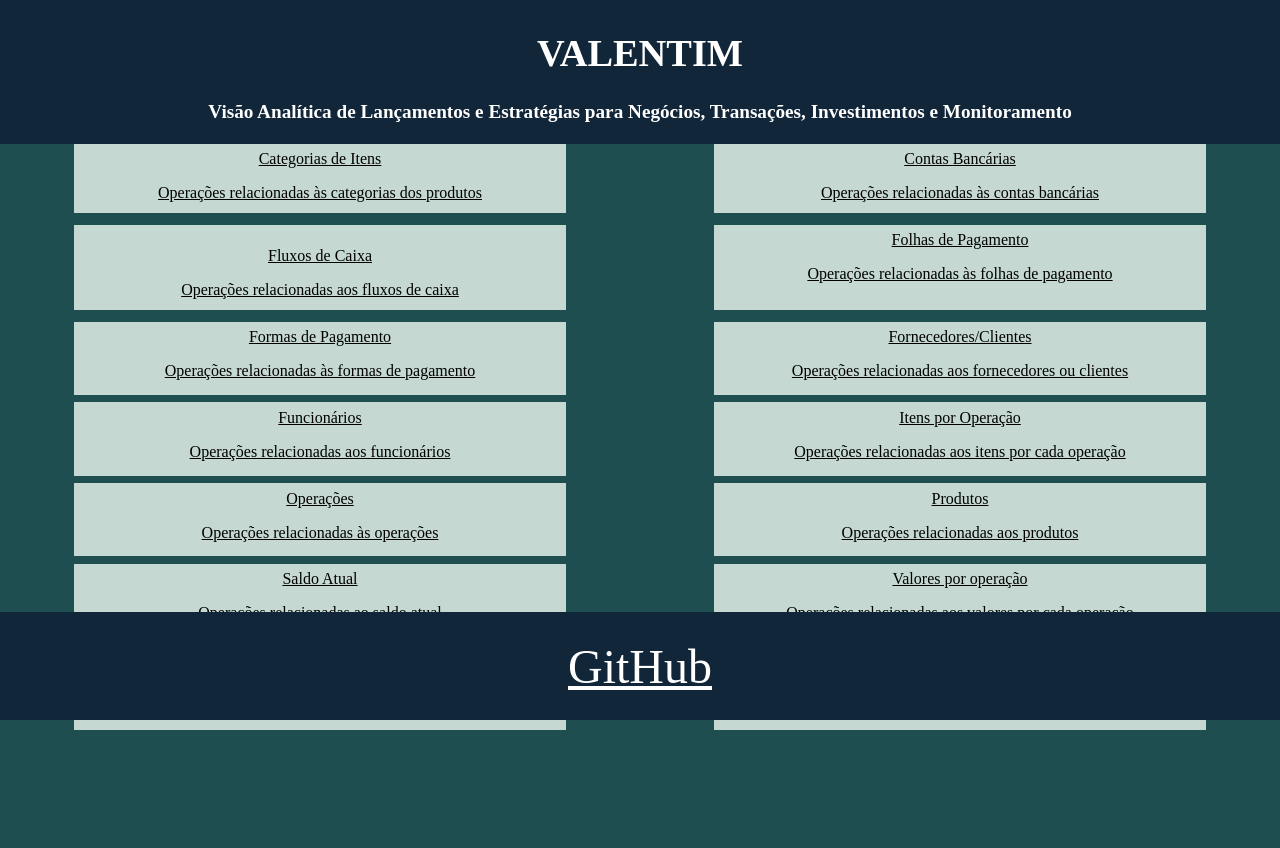
Repository: Matheus-Lacerda009/ERP-Financeiro
Page: Front/menu/menu.html
An editor plug-in stored every save of this project. The page is shown before and after a run of saves, followed by the edit.
The browser window is 1280 px wide. The pictures show the whole page.

Above is the page before, as saved 2026-07-13 19:15:39.

After the next 5 saves:
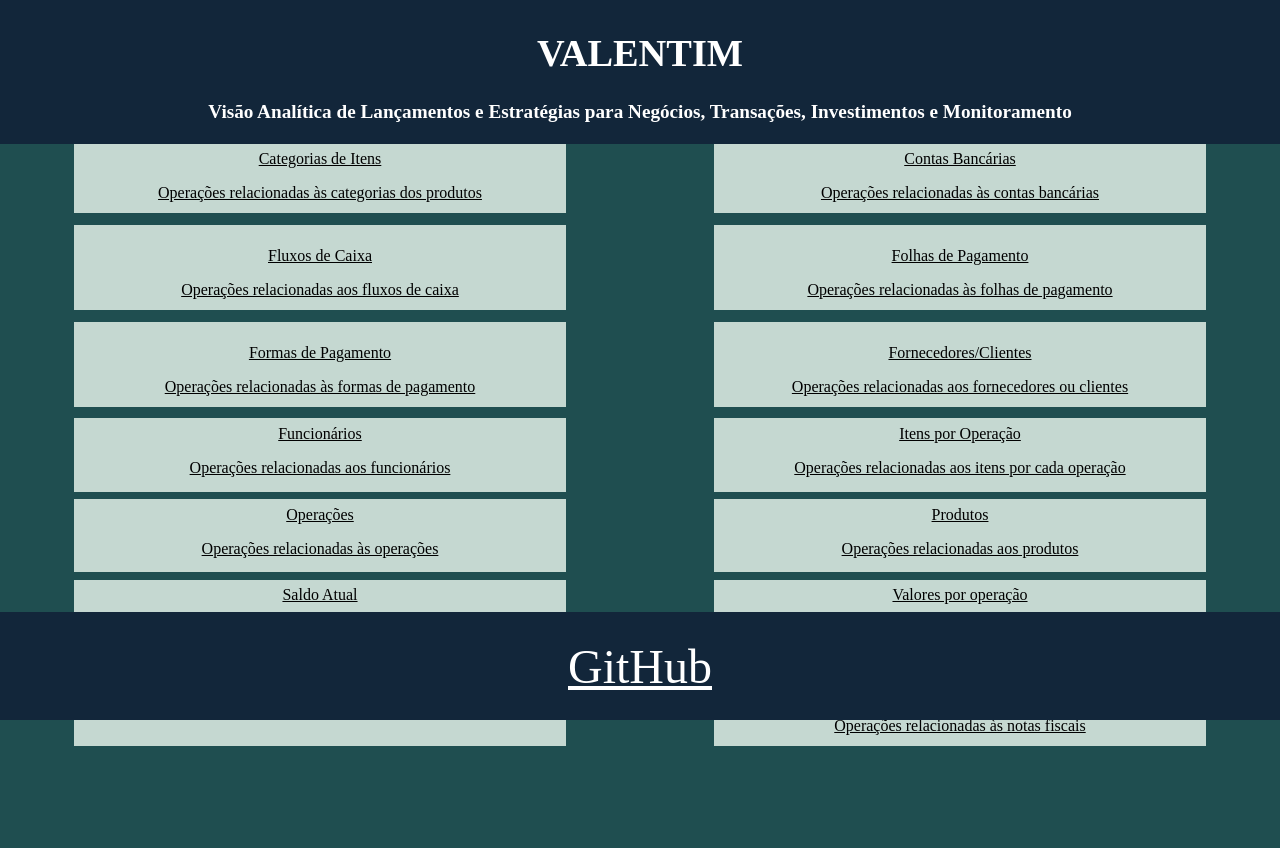
The 5 saves are shown as one change because they came seconds apart.
The last was saved 10 s later.
--- a/Front/menu/menu.html
+++ b/Front/menu/menu.html
@@ -33,19 +33,19 @@
             </a>
             <a href="../folha_pagamento/folha_pagamento.html" class="links">
             <div class="divEntidades">
-                Folhas de Pagamento
+                <p>Folhas de Pagamento
                 <p>Operações relacionadas às folhas de pagamento</p>
             </div>
             </a>
             <a href="../forma_pagamento/forma_pagamento.html" class="links">
             <div class="divEntidades">
-                Formas de Pagamento
+                <p>Formas de Pagamento
                 <p>Operações relacionadas às formas de pagamento</p>
             </div>
             </a>
             <a href="../fornecedor_cliente/fornecedor_cliente.html" class="links">
             <div class="divEntidades">
-                Fornecedores/Clientes
+                <p>Fornecedores/Clientes
                 <p>Operações relacionadas aos fornecedores ou clientes</p>
             </div>
             </a>
